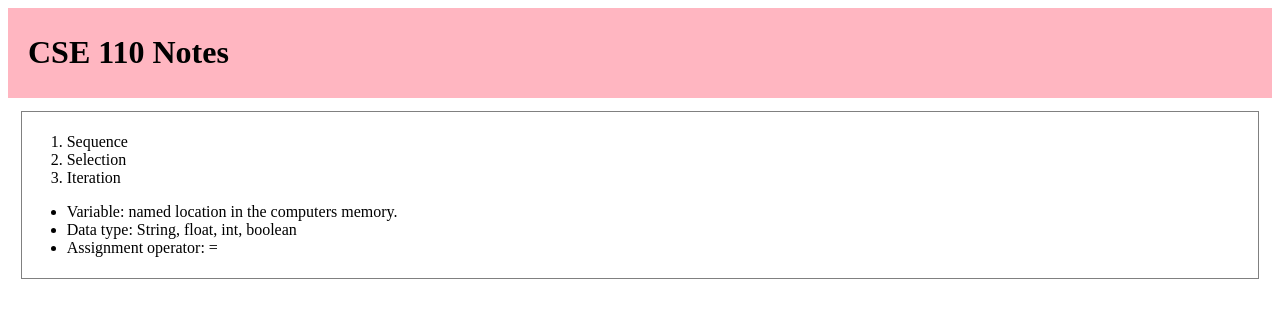
Repository: harleywolfley/wdd130
Page: spring25/cse110/cseindex.html
An editor plug-in stored every save of this project. The page is shown before and after the next save, followed by the edit.
The browser window is 1280 px wide. The pictures show the whole page.

Above is the page before, as saved 2025-04-29 16:44:37.

### spring25/cse110/cseindex.html
<!DOCTYPE html>
<html>
    <head>
        <link rel="stylesheet" href="csestyle.css">
    </head>
    <body>
        <header>
            <h1>CSE 110 Notes</h1>
        </header>
    <div>
        <ol>
            <li>Sequence</li>
            <li>Selection</li>
            <li>Iteration</li>
        </ol>
        <ul>
        <li>Variable: named location in the computers memory.</li>
        <li>Data type: String, float, int, boolean</li>
        <li>Assignment operator: =</li>
        </ul>
    </div>
    </body>
</html>

### spring25/cse110/csestyle.css
header {
    background-color: lightpink;
    padding: 5px 20px;
}

div {
    padding: 5px;
    margin: 1%;
    border-color: gray;
    border-width: 1px;
    border-style:groove;
}

After the next save:
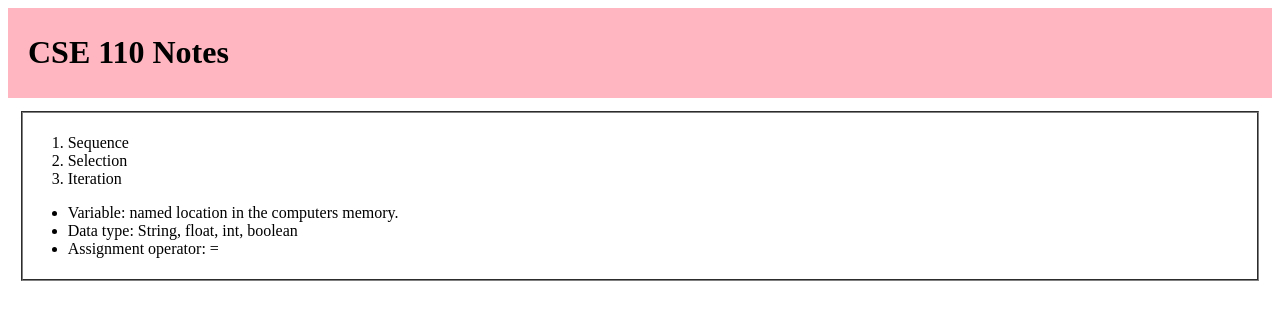
Saved 50 s later.
--- a/spring25/cse110/csestyle.css
+++ b/spring25/cse110/csestyle.css
@@ -7,6 +7,6 @@ div {
     padding: 5px;
     margin: 1%;
     border-color: gray;
-    border-width: 1px;
-    border-style:groove;
+    border-width: 2px;
+    border-style: groove;
 }
